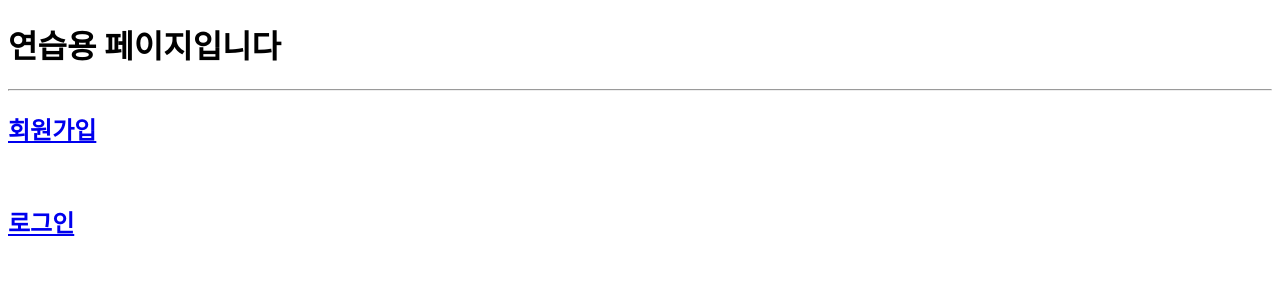
Repository: loseminho/khAcademy-Study
Page: http://localhost/02_SpringMVC_CRUD_TEST/
The author's editor kept a copy of each file at every save. The page is drawn from the files as they stood at one save, then again after the next save.
The browser window is 1280 px wide. The pictures show the whole page.
The page is served by Tomcat 9. Other server files are loaded and not shown.

Above is the page before, as saved 2022-09-30 08:49:13.

### spring/workspace-sts-3.9.13.RELEASE/02_SpringMVC_CRUD_TEST/src/main/webapp/index.jsp
<%@ page language="java" contentType="text/html; charset=UTF-8"
    pageEncoding="UTF-8"%>
<!DOCTYPE html>
<html>
<head>
<meta charset="UTF-8">
<title>Insert title here</title>
</head>
<body>
	<h1>연습용 페이지입니다</h1>
	<hr>
	<h2><a href="/">회원가입</a></h3><br>
	<h2><a href="/">로그인</a></h3><br>
</body>
</html>

After the next save:
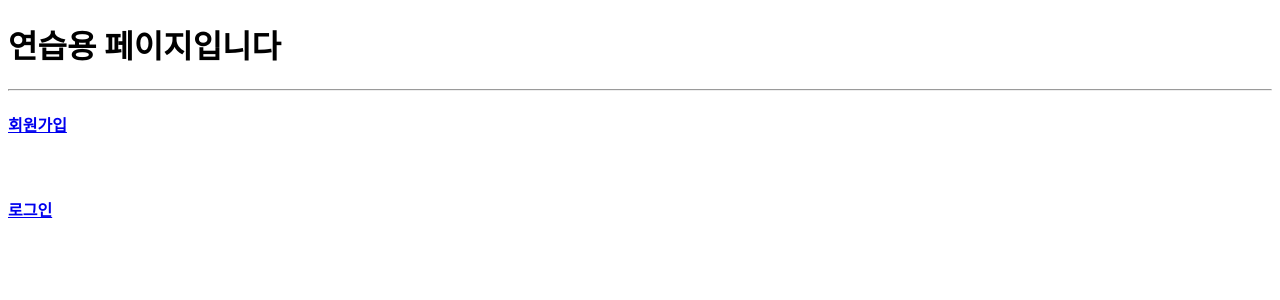
Saved 7 s later.
--- a/spring/workspace-sts-3.9.13.RELEASE/02_SpringMVC_CRUD_TEST/src/main/webapp/index.jsp
+++ b/spring/workspace-sts-3.9.13.RELEASE/02_SpringMVC_CRUD_TEST/src/main/webapp/index.jsp
@@ -9,7 +9,7 @@
 <body>
 	<h1>연습용 페이지입니다</h1>
 	<hr>
-	<h2><a href="/">회원가입</a></h3><br>
-	<h2><a href="/">로그인</a></h3><br>
+	<h4><a href="/">회원가입</a></h3><br>
+	<h4><a href="/">로그인</a></h3><br>
 </body>
 </html>
